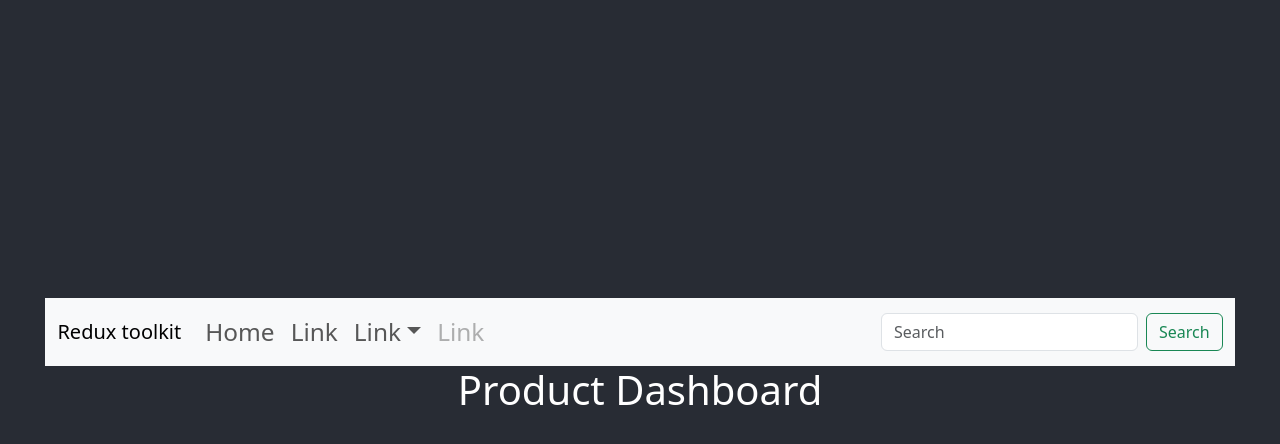
Repository: mahsa199170/React-Redux-Projects
Page: / (app in redux-toolkit-product-dashboard-app/)
The author's editor kept a copy of each file at every save. The page is drawn from the files as they stood at one save, then again after the next save.
The browser window is 1280 px wide. The pictures show the whole page.
The page's requests for data from a server got no answer. The project was rebuilt for these pictures with package versions that can differ from the ones it lists, and the page was loaded fresh each time. No one was signed in, and anything a server would have sent is missing. Also part of the build but not shown: redux-toolkit-product-dashboard-app/src/components/productDetails/ProductDetails.js, redux-toolkit-product-dashboard-app/src/components/cart/Cart.js.

Above is the page before, as saved 2024-10-29 14:08:25.

After the next save:
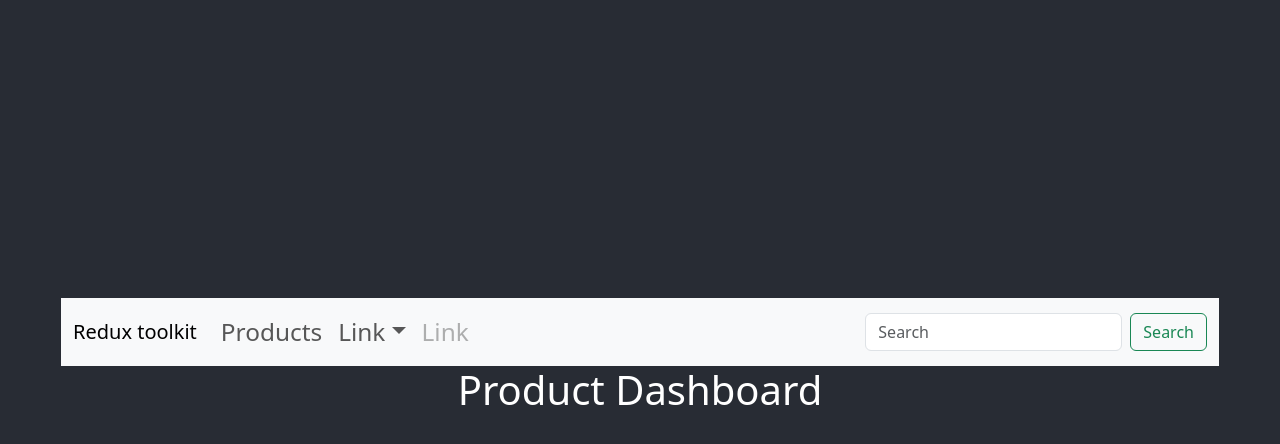
Saved 21 s later.
--- a/redux-toolkit-product-dashboard-app/src/components/navbarPanel/NavbarPanel.js
+++ b/redux-toolkit-product-dashboard-app/src/components/navbarPanel/NavbarPanel.js
@@ -18,8 +18,8 @@ const NavbarPanel = () => {
               style={{ maxHeight: '100px' }}
               navbarScroll
             >
-              <Nav.Link href="#action1">Home</Nav.Link>
-              <Nav.Link href="#action2">Link</Nav.Link>
+              <Nav.Link href="#action1">Products</Nav.Link>
+
               <NavDropdown title="Link" id="navbarScrollingDropdown">
                 <NavDropdown.Item href="#action3">Action</NavDropdown.Item>
                 <NavDropdown.Item href="#action4">
